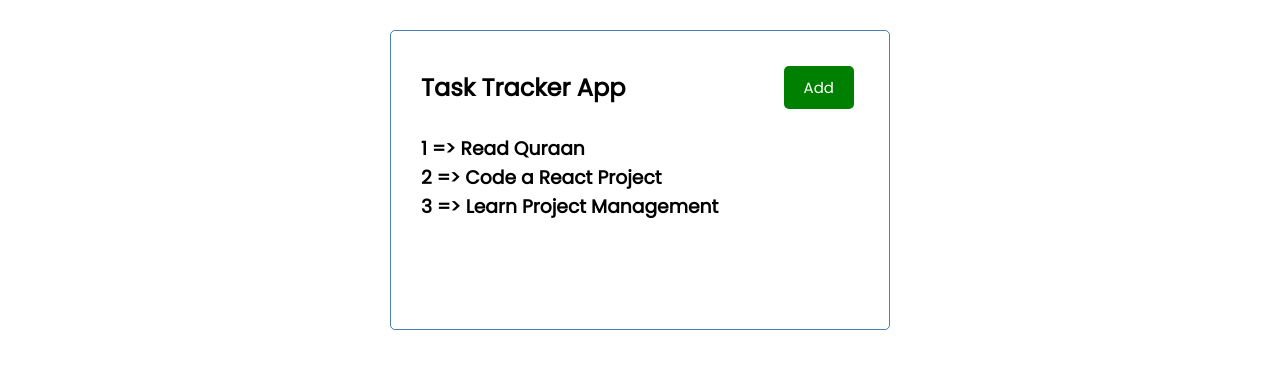
Repository: feyroozecode/task_tracker
Page: /
An editor plug-in stored every save of this project. The page is shown before and after a run of saves, followed by the edit.
The browser window is 1280 px wide. The pictures show the whole page.
The project was rebuilt for these pictures with package versions that can differ from the ones it lists, and the page was loaded fresh each time.

Above is the page before, as saved 2023-10-20 07:02:31.

After the next 3 saves:
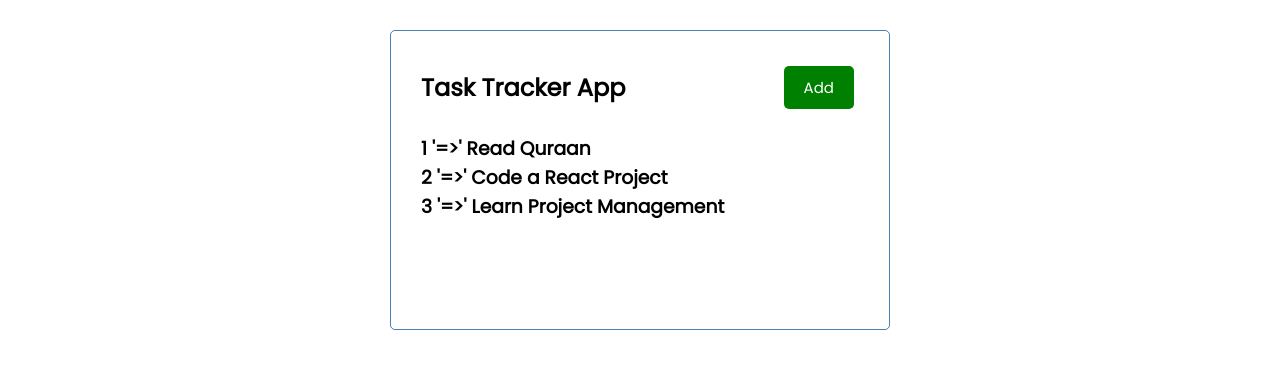
The 3 saves are shown as one change because they came seconds apart.
The last was saved 8 s later.
--- a/src/components/Tasks.js
+++ b/src/components/Tasks.js
@@ -47,7 +47,7 @@
     return (
        <>
        {
-        tasks.map((task) => ( <>  <h3 key={task.id}>{ task.id } => {task.text} </h3> </> ))
+        tasks.map((task) => ( <>  <h3 key={task.id}>{ task.id } '=>' {task.text} </h3> </> ))
        }
        </>
     );

After the save that followed:
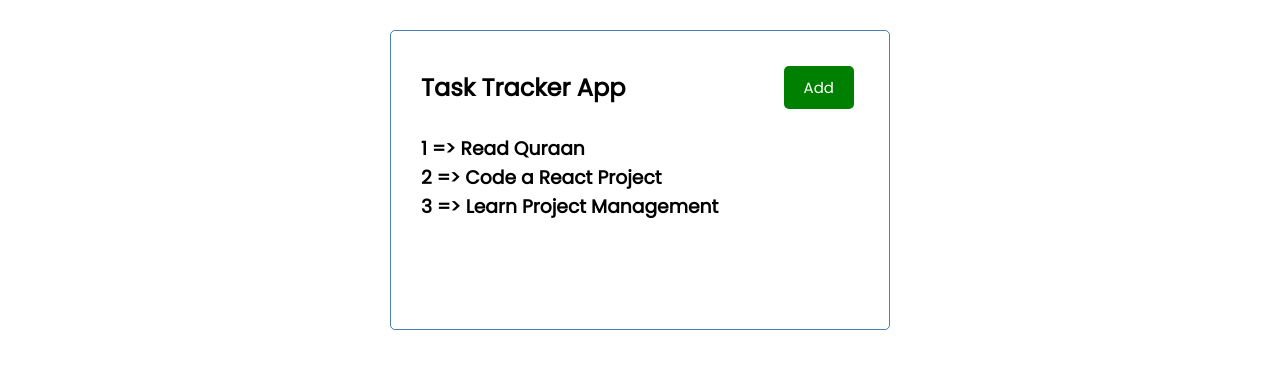
Saved 5 s later.
--- a/src/components/Tasks.js
+++ b/src/components/Tasks.js
@@ -47,7 +47,7 @@
     return (
        <>
        {
-        tasks.map((task) => ( <>  <h3 key={task.id}>{ task.id } '=>' {task.text} </h3> </> ))
+        tasks.map((task) => ( <>  <h3 key={task.id}>{ task.id } => {task.text} </h3> </> ))
        }
        </>
     );
